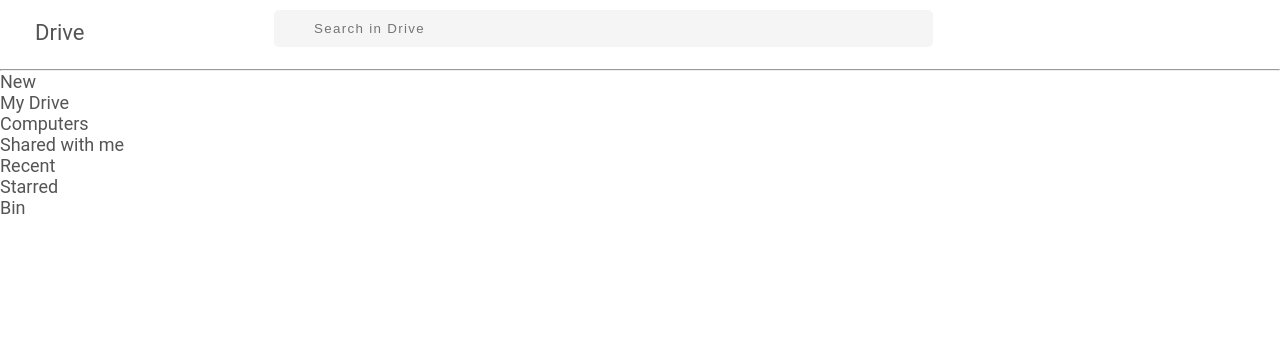
Repository: smit1298/driveclone
Page: index.html
These files come from the project's save history. The page is drawn as it stood at one moment and after the next save; the edit follows.
The browser window is 1280 px wide. The pictures show the whole page.
Some icons come from a web library that is not loaded, so they are not drawn.

Above is the page before, as saved 2022-02-14 02:56:05.

### index.html
<!DOCTYPE html>
<html lang="en">

<head>
    <meta charset="UTF-8">
    <meta http-equiv="X-UA-Compatible" content="IE=edge">
    <meta name="viewport" content="width=device-width, initial-scale=1.0">
    <link rel="stylesheet" href="index.css">
    <title>Google Drive</title>
</head>

<body>
    <section class="main">
        <section class="top">
            <section class="logo">
                <span class="iconify" data-icon="logos:google-drive"></span>
                <a href="http://">Drive</a>
            </section>


            <section id="search">
                <input type="text" placeholder="Search in Drive">
                <span class="iconify search" data-icon="ci:search"></span>
                <span class="iconify horizontal" data-icon="akar-icons:settings-horizontal"></span>
            </section>

            <section class="icons">
                <span class="one">
                    <span class="iconify" data-icon="ant-design:question-circle-outlined"></span>
                    <span class="iconify" data-icon="clarity:settings-line"></span>
                </span>

                <span class="two">
                    <span class="iconify" data-icon="fe:app-menu"></span>
                    <span class="iconify" data-icon="carbon:user-avatar-filled"></span>
                </span>
            </section>


        </section>

    </section>
    <hr>
    <aside>
        <section class="new">
            <p>
                <a href=""><span class="iconify" data-icon="gridicons:plus-small"></span>
                    New
                </a>
            </p>
        </section>

        <section class="details">
            <section class="drive">
                <span class="iconify" data-icon="bx:caret-right"></span>
                <span class="iconify" data-icon="fa6-regular:hard-drive"></span>
                <p>
                    <a href="">My Drive</a>
                </p>
            </section>

            <section class="computers">
                <span>
                    <span class="iconify" data-icon="bx:caret-right"></span><span class="iconify"
                        data-icon="clarity:computer-solid"></span>
                    <p>
                        <a href="">
                            Computers
                        </a>
                    </p>
                </span>

            </section>

            <section class="shared">
                <span>
                    <span class="iconify" data-icon="ic:outline-people-alt"></span>
                    <p>
                        <a href="">Shared with me</a>
                    </p>
                </span>

            </section>

            <section class="recent">
                <span>
                    <span class="iconify" data-icon="fontisto:clock"></span>
                    <p>
                        <a href="">Recent</a>
                    </p>
                </span>

            </section>

            <section class="starred">
                <span>
                    <span class="iconify" data-icon="bi:star"></span>
                    <p>
                        <a href="">Starred</a>
                    </p>
                </span>

            </section>

            <section class="bin">
                <span class="iconify" data-icon="ri:delete-bin-6-line"></span>
                <p><a href="">Bin</a></p>
            </section>
        </section>
    </aside>

</body>
<script src="https://code.iconify.design/2/2.1.2/iconify.min.js"></script>

</html>

### index.css
* {
  margin: 0;
  padding: 0;
}

body {
  font-size: 1.125rem;
  font-family: "Roboto", sans-serif;
  color: rgb(85, 85, 85);
}
.main {
  padding: 10px 30px;
}
.top {
  display: grid;
  grid-template-columns: 20% 60% 20%;
  padding-bottom: 10px;
}

.logo {
  font-size: 22px;
  position: relative;
}
.logo .iconify {
  font-size: 40px;
}
.logo > a {
  color: rgb(85, 85, 85);
  text-decoration: none;
  position: absolute;
  top: 10px;
  padding-left: 5px;
}
#search {
  position: relative;
  width: 100%;
}
#search > input {
  background-color: rgba(209, 202, 202, 0.192);
  border-radius: 5px;
  width: 90%;
  height: 95%;
  border-style: none;
}
#search > input::placeholder {
  padding-left: 40px;
  letter-spacing: 0.1em;
}
.search {
  position: absolute;
  left: 10px;
  top: 10px;
  font-size: 25px;
  font-weight: 700;
}
.horizontal {
  position: absolute;
  right: 90px;
  top: 10px;
  font-size: 25px;
  font-weight: 700;
}

.icons {
  font-size: 25px;
  padding-top: 10px;
  margin-left: 10px;
}

.one {
  padding-left: 20px;
  padding-right: 10px;
}

.one > .iconify {
  padding-left: 10px;
  padding-right: 10px;
}

.two {
  padding-left: 10px;
  padding-right: 10px;
}

.two > .iconify {
  padding-left: 10px;
  padding-right: 10px;
}

/* ASIDE */

p > a{
  text-decoration: none;
  color: rgb(85, 85, 85);
}

.new{
  padding: px 20px;
}

After the next save:
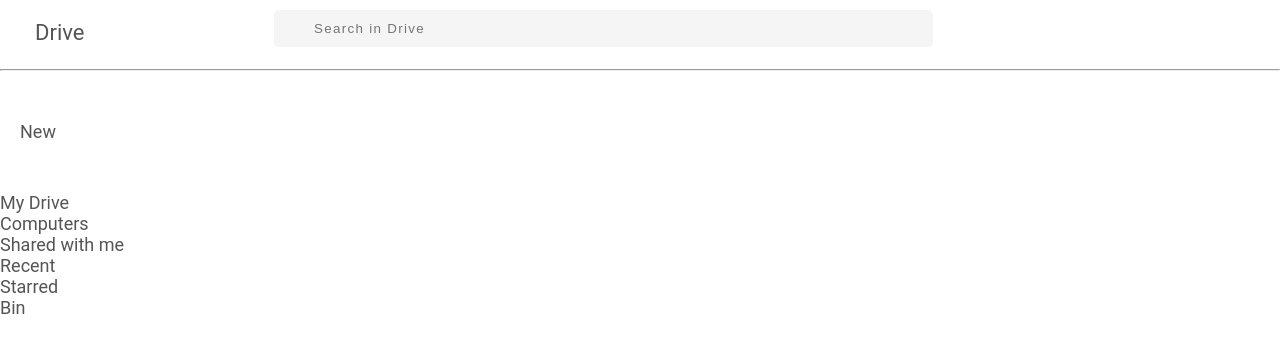
Saved 6 s later.
--- a/index.css
+++ b/index.css
@@ -95,5 +95,5 @@
 }
 
 .new{
-  padding: px 20px;
+  padding: 50px 20px;
 }
